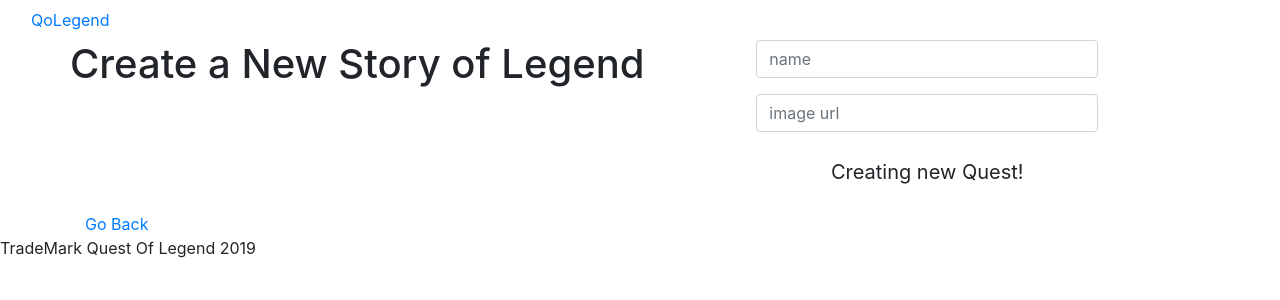
Repository: Hoangvo92/aws-program
Page: http://localhost/quests/new
The author's editor kept a record of every edit. The page is drawn from the files as they stood at one moment, then again after the next edit.
The browser window is 1280 px wide. The pictures show the whole page.
The page is served by the project's Node server (quests-of-legend/app.js).

Above is the page before.

### quests-of-legend/views/new.ejs
<% include partials/header %>
<div class="container">
    <div class="row">
        <h1 style="text-align: center;">Create a New Story of Legend</h1>
        <div style="width: 30%; margin: 0 auto">
          <form action="/quests" method="POST">
              <div class="form-group">
                  <input class="form-control" type="text" name="name" placeholder="name">
              </div>
              <div class="form-group">
                 <input class="form-control" type="text" name="image" placeholder="image url">
              </div>
              <div class="form-group">
                  <button class="btn btn-lg btn-default btn-block">Creating new Quest!</button>
              </div>
          </form>
        </div>

    </div>
     <a href="/quests"> Go Back</a>
</div>

<% include partials/footer %>

### quests-of-legend/views/partials/header.ejs
<!DOCTYPE html>
<html>
    <head>
        <title>Quests Of Legend</title>
        <link rel="stylesheet" href="https://stackpath.bootstrapcdn.com/bootstrap/4.3.1/css/bootstrap.min.css">
        <script src="https://ajax.googleapis.com/ajax/libs/jquery/1.12.0/jquery.min.js"></script>
        <script src="https://stackpath.bootstrapcdn.com/bootstrap/4.3.1/js/bootstrap.min.js" integrity="sha384-JjSmVgyd0p3pXB1rRibZUAYoIIy6OrQ6VrjIEaFf/nJGzIxFDsf4x0xIM+B07jRM" crossorigin="anonymous"></script>
        <script src="https://stackpath.bootstrapcdn.com/bootstrap/4.3.1/js/bootstrap.bundle.min.js" integrity="sha384-xrRywqdh3PHs8keKZN+8zzc5TX0GRTLCcmivcbNJWm2rs5C8PRhcEn3czEjhAO9o" crossorigin="anonymous"></script>
    </head>
    <body>
       <nav class="navbar navbar-default">
            <div class="container-fluid">
                <div class="navbar-header">
                   <a class="nabar-brand" href="/">QoLegend</a>
                </div>
                <div class="collapse navbar-collapse">
                   <ul class ="nav navbar-nav navbar-right">
                      <li><a href="/">Login</a></li>
                      <li><a href="/">Sign Up</a></li>
                      <li><a href="/">logout</a></li>
                    </ul>
                </div>
            </div>
        </nav>

### quests-of-legend/views/partials/footer.ejs
    <p>TradeMark Quest Of Legend 2019</p>
    </body>
</html>

### quests-of-legend/app.js
var express = require("express");
var app = express();
var bodyParser = require("body-parser");

app.use(bodyParser.urlencoded({extended: true}));
app.set("view engine", "ejs");

var stories =  [
         {name: "Seal Of Star", image: "https://vignette.wikia.nocookie.net/saintseiya/images/4/49/Zeus_with_Kamui.jpg/revision/latest?cb=20121209212744"},
         {name: "Return of Chicken", image: "https://comicvine1.cbsistatic.com/uploads/original/11133/111330079/6530318-saigafurinji1.png"},
         {name: "Betrayal and Broken Heart", image: "https://www.anime-planet.com/images/manga/covers/masca-2560.jpg?t=1495142357"}
];

app.get("/", function(red, res){
   res.render("landing");
});
//show all quests- first restful route
app.get("/quests", function(req, res){


    res.render("quests", {quests: stories});
});

app.post("/quests", function(req, res){
    //get data from form and add to quests array
    var name = req.body.name;
    var image = req.body.image;
    var newQuest = {name: name, image: image};
    stories.push(newQuest);
    //redirect back to quests page
    res.redirect("/quests");
});

app.get("/quests/new", function(req, res){
    res.render("new.ejs");
});

app.listen(process.env.PORT, process.env.IP, function(){
    console.log("Stories server has started!");
});

After the next edit:
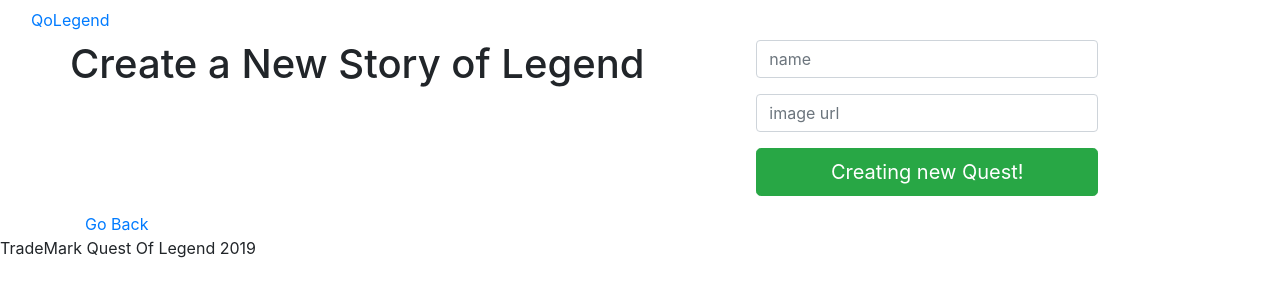
The edit:
--- a/quests-of-legend/views/new.ejs
+++ b/quests-of-legend/views/new.ejs
@@ -11,7 +11,7 @@
                  <input class="form-control" type="text" name="image" placeholder="image url">
               </div>
               <div class="form-group">
-                  <button class="btn btn-lg btn-default btn-block">Creating new Quest!</button>
+                  <button class="btn btn-lg btn-success btn-block">Creating new Quest!</button>
               </div>
           </form>
         </div>
